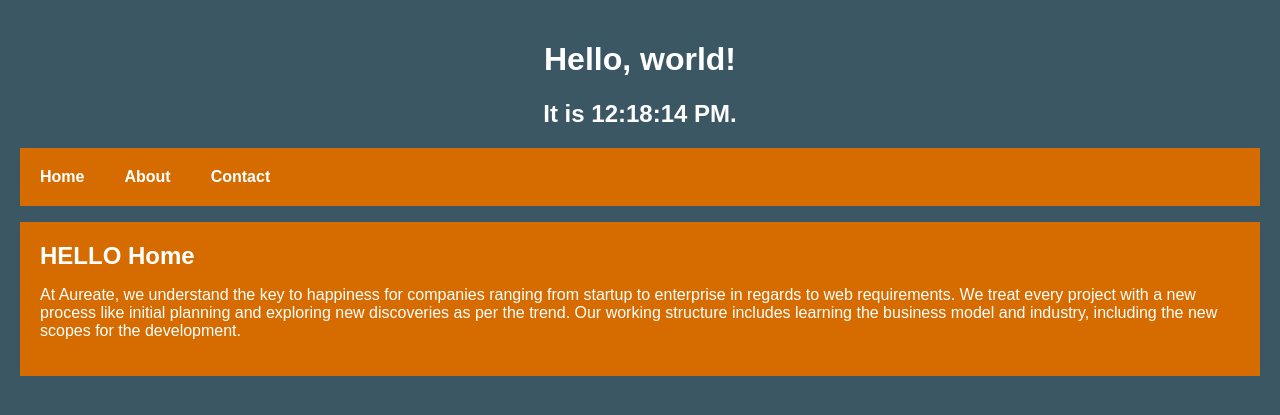
Repository: hardikaureate/React-Pages-Menu
Page: /
These files come from the project's save history. The page is drawn as it stood at one moment and after the next save; the edit follows.
The browser window is 1280 px wide. The pictures show the whole page.
The project was rebuilt for these pictures with package versions that can differ from the ones it lists, and the page was loaded fresh each time. Also part of the build but not shown: src/About.js, src/Contact.js.

Above is the page before, as saved 2020-10-09 14:58:22.

### src/index.js
import React from 'react';
import ReactDOM from 'react-dom';
import './index.css';
import Main from './Main';
import Clock from './Clock';

ReactDOM.render(
<React.Fragment>
<Clock />
<Main/>
</React.Fragment>
, document.getElementById('root'));

### src/index.css
body {
    background-color: #3a5763;
    padding: 20px;
    margin: 0;
}

h1,
h2,
p,
ul,
li {
    font-family: sans-serif;
}

ul.header li {
    display: inline;
    list-style-type: none;
    margin: 0;
}

ul.header {
    background-color: #d66c00;
    padding: 0;
}

ul.header li a {
    color: #FFF;
    font-weight: bold;
    text-decoration: none;
    padding: 20px;
    display: inline-block;
}

.content {
    background-color: #d66c00;
    padding: 20px;
    color: #FFF;
}

.content h2 {
    padding: 0;
    margin: 0;
}

.content li {
    margin-bottom: 10px;
}

.active {
    background-color: #0099FF;
}

.common {
    text-align: center;
    color: #FFF;
}

### src/Main.js
import React, { Component } from 'react'
import {Route, Link, HashRouter} from 'react-router-dom';
import Home from './Home';
import About from './About';
import Contact from './Contact';


class Main extends Component {
        render(){
                return(
                        <HashRouter>
                        <React.Fragment>
                                <ul className="header">
                                        <li><Link exact to="/">Home</Link></li>
                                        <li><Link to="/about">About</Link></li>
                                        <li><Link to="/contact">Contact</Link></li>
                                </ul>

                                <div className="content">
                                        <Route exact path="/" component={Home} />
                                        <Route path="/about" component={About} />
                                        <Route path="/contact" component={Contact} />
                                </div>
                        </React.Fragment>
                        </HashRouter>
                )
        }
}

export default Main;

### src/Clock.js
import React, { Component } from 'react'

export default class Clock extends Component {
        constructor(props) {
                super(props);
                console.log('constructtt');
                this.state = {date: new Date()};
              }

              componentDidMount(){
                console.log('DidMount')
                      this.Tid = setInterval( () =>
                              this.tick(), 1000
                      );
              }

              componentWillUnmount() {
                      console.log('WillMount')
                      clearInterval(this.Tid)
              }

              tick(){
                //console.log('tick()method')
                      this.setState({
                              date : new Date()
                      })
              }

              render() {
                      console.log('Rendering')
                return (
                  <div>
                    <h1 className="common">Hello, world!</h1>
                    <h2 className="common">It is {this.state.date.toLocaleTimeString()}.</h2>
                  </div>
                );
              }
}

### src/Home.js
import React, { Component } from 'react'

class Home extends Component {
        render() {
                return (
                        <div>
                        <h2>HELLO Home</h2>
                              <p>At Aureate, we understand the key to happiness for companies ranging from startup to enterprise in regards to web requirements. We treat every project with a new process like initial planning and exploring new discoveries as per the trend. Our working structure includes learning the business model and industry, including the new scopes for the development.</p>
                        </div>
                )
        }
}


export default Home;

Loaded but not shown: public/index.html (common file)

After the next save:
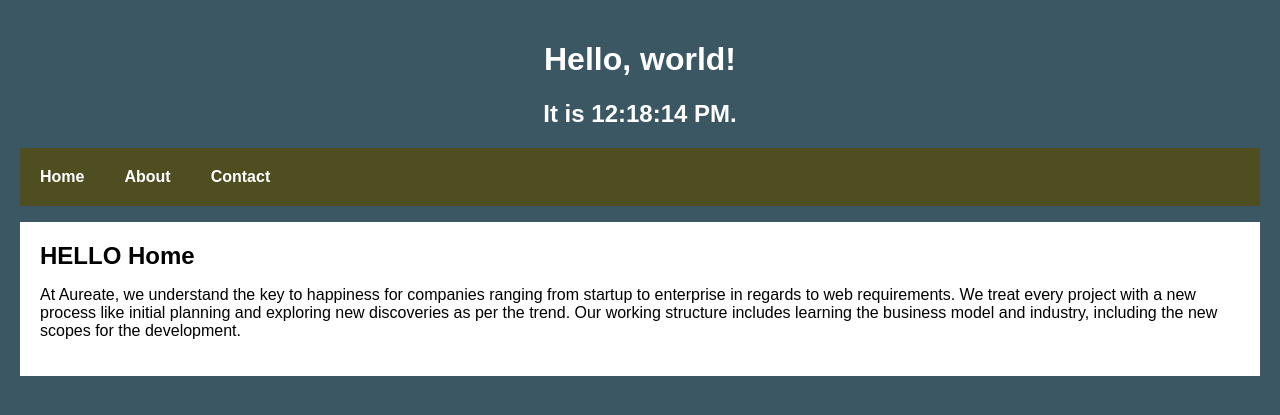
Saved 26 s later.
--- a/src/index.css
+++ b/src/index.css
@@ -19,7 +19,7 @@
 }
 
 ul.header {
-    background-color: #d66c00;
+    background-color: #4e4e21;
     padding: 0;
 }
 
@@ -32,9 +32,8 @@
 }
 
 .content {
-    background-color: #d66c00;
+    background-color: #FFF;
     padding: 20px;
-    color: #FFF;
 }
 
 .content h2 {
